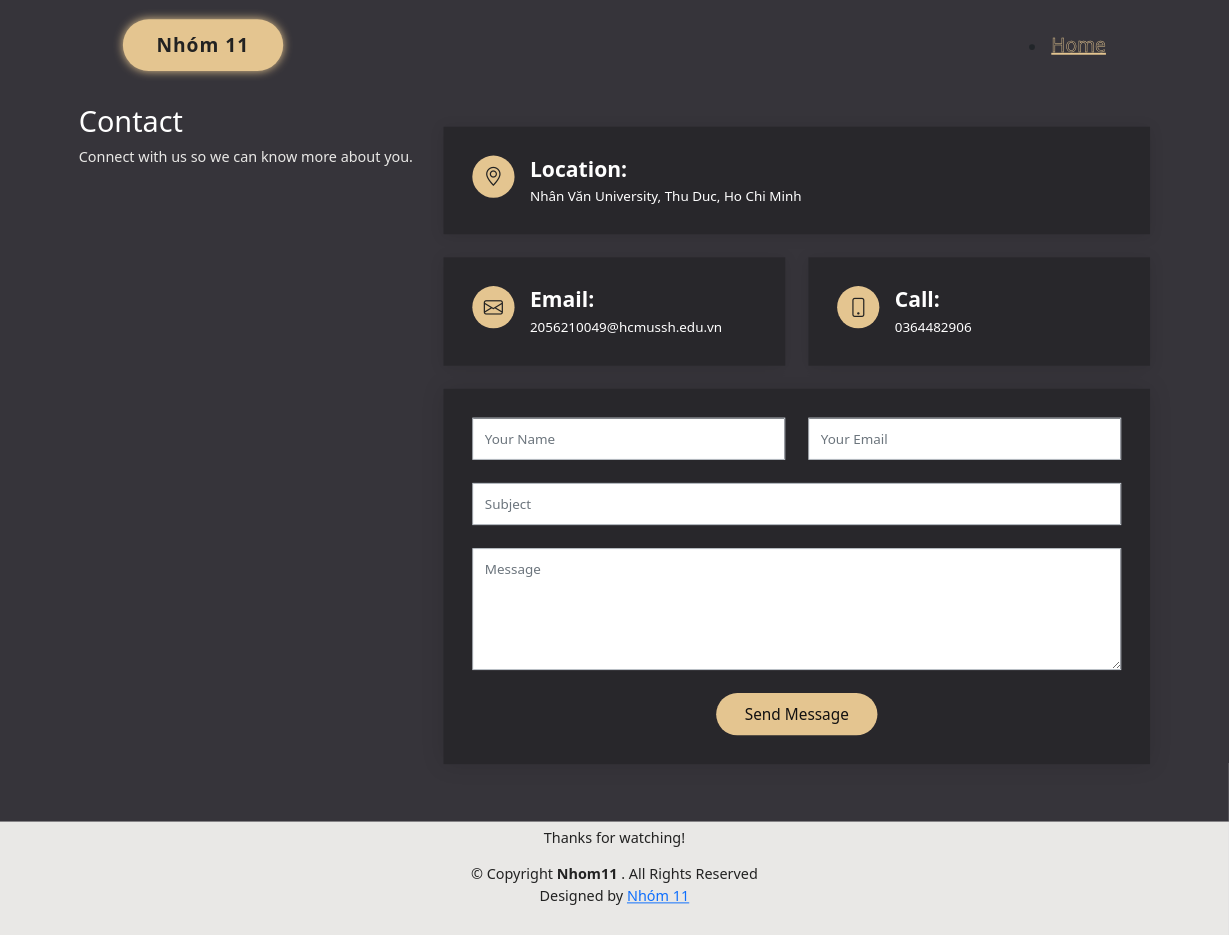
Repository: trungd0ngl3/nhom11-giaotiepnguoimay
Page: contact/contact.html
These files come from the project's save history. The page is drawn as it stood at one moment and after the next save; the edit follows.
The browser window is 1280 px wide. The pictures show the whole page, at 96% of full size.
Some web fonts or font styles are not loaded; a fallback is used.

Above is the page before, as saved 2023-12-28 01:25:47.

### contact/contact.html
<!DOCTYPE html>
<html lang="en">

<head>
    <meta charset="utf-8">
    <meta content="width=device-width, initial-scale=1.0" name="viewport">

    <title>Group 11</title>
    <meta content="" name="description">
    <meta content="" name="keywords">

    <!-- Favicons -->
    <link href="./" rel="icon">
    <link href="apple-touch-icon.png" rel="apple-touch-icon">

    <!-- Google Fonts -->
    <link href="https://fonts.googleapis.com/css?family=Open+Sans:300,300i,400,400i,600,600i,700,700i|Raleway:300,300i,400,400i,500,500i,600,600i,700,700i|Poppins:300,300i,400,400i,500,500i,600,600i,700,700i" rel="stylesheet">

    <!-- Vendor CSS Files -->
    <link href="assets/vendor/aos/aos.css" rel="stylesheet">
    <link href="assets/vendor/bootstrap/css/bootstrap.min.css" rel="stylesheet">
    <link href="assets/vendor/bootstrap-icons/bootstrap-icons.css" rel="stylesheet">
    <link href="assets/vendor/boxicons/css/boxicons.min.css" rel="stylesheet">
    <link href="assets/vendor/glightbox/css/glightbox.min.css" rel="stylesheet">
    <link href="assets/vendor/remixicon/remixicon.css" rel="stylesheet">
    <link href="assets/vendor/swiper/swiper-bundle.min.css" rel="stylesheet">
    <link rel="preconnect" href="https://fonts.googleapis.com">
    <link rel="preconnect" href="https://fonts.gstatic.com" crossorigin>
    <link href="https://fonts.googleapis.com/css2?family=DM+Sans:wght@400;700&family=Forum&display=swap" rel="stylesheet">
    <link href='https://unpkg.com/boxicons@2.1.4/css/boxicons.min.css' rel='stylesheet'>

    <!-- Template Main CSS File -->
    <link href="assets/css/style.css" rel="stylesheet">

    <!-- =======================================================


<body>

    <!-- ======= Header ======= -->
    <header class="header">
        <a href="/contact/contact.html" class="logo">Nhóm 11</a>
        <li><a class="span" href="/index.html">Home</a></li>
      </header>
    <!-- End Header -->
<main>
    <!-- ======= Contact Section ======= -->
    <section id="contact" class="contact">

        <div class="container">
            <br><br>
            <div class="row">
                <div class="col-lg-4" data-aos="fade-right">
                    <div class="ii">
                        <h2>Contact</h2>
                        <p>Connect with us so we can know more about you.</p>
                    </div>
                </div>

                <div class="col-lg-8" data-aos="fade-up" data-aos-delay="100">

                    <div class="info mt-4">
                        <i class="bi bi-geo-alt"></i>
                        <h4>Location:</h4>
                        <p>Nhân Văn University, Thu Duc, Ho Chi Minh</p>
                    </div>
                    <div class="row">
                        <div class="col-lg-6 mt-4">
                            <div class="info">
                                <i class="bi bi-envelope"></i>
                                <h4>Email:</h4>
                                <p>2056210049@hcmussh.edu.vn</p>
                            </div>
                        </div>
                        <div class="col-lg-6">
                            <div class="info w-100 mt-4">
                                <i class="bi bi-phone"></i>
                                <h4>Call:</h4>
                                <p>0364482906</p>
                            </div>
                        </div>
                    </div>

                    <form action="forms/contact.php" method="post" role="form" class="php-email-form mt-4">
                        <div class="row">
                            <div class="col-md-6 form-group">
                                <input type="text" name="name" class="form-control" id="name" placeholder="Your Name" required>
                            </div>
                            <div class="col-md-6 form-group mt-3 mt-md-0">
                                <input type="email" class="form-control" name="email" id="email" placeholder="Your Email" required>
                            </div>
                        </div>
                        <div class="form-group mt-3">
                            <input type="text" class="form-control" name="subject" id="subject" placeholder="Subject" required>
                        </div>
                        <div class="form-group mt-3">
                            <textarea class="form-control" name="message" rows="5" placeholder="Message" required></textarea>
                        </div>
                        <div class="my-3">
                            <div class="loading">Loading</div>
                            <div class="error-message"></div>
                            <div class="sent-message">Your message has been sent. Thank you!</div>
                        </div>
                        <div class="text-center"><button type="submit">Send Message</button></div>
                    </form>
                </div>
            </div>

        </div>

    </section>
    <!-- End Contact Section -->

    </main>
    <!-- End #main -->

    <!-- ======= Footer ======= -->
    <footer class="ftr">
        <div class="container">
                <p>Thanks for watching!</p>

                &copy; Copyright <strong><span>Nhom11
        </span></strong>. All Rights Reserved
            <div class="credits">
                Designed by <a href="https://trello.com/w/khonggianlamvic93013300/members">Nhóm 11</a>
            </div>
        </div>
    </footer>
    <!-- ======= Footer ======= -->

    <!-- End Footer -->

    <!-- Vendor JS Files -->
    <script src="assets/vendor/purecounter/purecounter.js"></script>
    <script src="assets/vendor/aos/aos.js"></script>
    <script src="assets/vendor/bootstrap/js/bootstrap.bundle.min.js"></script>
    <script src="assets/vendor/glightbox/js/glightbox.min.js"></script>
    <script src="assets/vendor/isotope-layout/isotope.pkgd.min.js"></script>
    <script src="assets/vendor/swiper/swiper-bundle.min.js"></script>
    <script src="assets/vendor/php-email-form/validate.js"></script>

    <!-- Template Main JS File -->
    <script src="assets/js/main.js"></script>

</body>

</html>

### contact/assets/css/style.css
.header{
    position: fixed;
    top: 0;
    left: 0;
    width: 100%;
    padding: 20px 10%;
    background: transparent;
    display: flex;
    justify-content: space-between;
    align-items: center;
    z-index: 100;
   }
   .header{
    position: fixed;
    top: 0;
    left: 0;
    width: 100%;
    padding: 20px 10%;
    background: transparent;
    display: flex;
    justify-content: space-between;
    align-items: center;
    z-index: 100;
   }

   .logo{
    font-size: 25px;
    text-decoration: none;
    font-weight: 700;
    padding: 12px 35px;
    background: hsl(38, 61%, 73%);
    border-radius: 80px;
    font-size: 20px;
    color: #222222;
    text-decoration: none;
    font-weight: 600;
    letter-spacing: 1px;
    box-shadow: 0 0 10px hsl(38, 61%, 73%);
    transition: .5s;
   }

   .navabar a{
    font-size: 18px;
    color: #fff;
    text-decoration: none;
    font-weight: 500;
    margin-left: 35px;
    transform: .3s;
   }

   .navabar a:hover{
   }
   .navabar a.active {
    color: #00abf0;
   }
   .span{
    font-size: 20px;
    color: transparent;
    -webkit-text-stroke: .5px hsl(38, 61%, 73%);
   }


   section {
    padding: 60px 0;
    overflow: hidden;
}

.section-bg {
    background-color: hsla(0, 0%, 0%, 0.25);
}

.section-title {
    padding-bottom: 30px;
}




/*--------------------------------------------------------------
# Contact
--------------------------------------------------------------*/
#contact{
    background-color: #36343a;
}
.contact .info {
    padding: 30px;
    width: 100%;
    background:  hsla(0, 0%, 0%, 0.25);
    box-shadow: 0px 2px 15px rgba(0, 0, 0, 0.1);
}

.contact .info i {
    font-size: 20px;
    color: #222222;
    float: left;
    width: 44px;
    height: 44px;
    background:  hsl(38, 61%, 73%);
    display: flex;
    justify-content: center;
    align-items: center;
    border-radius: 50px;
    transition: all 0.3s ease-in-out;
}

.contact .info h4 {
    padding: 0 0 0 60px;
    font-size: 22px;
    font-weight: 600;
    margin-bottom: 5px;
    color: #fff;
}

.contact .info p {
    padding: 0 0 0 60px;
    margin-bottom: 0;
    font-size: 14px;
    color: #fff;
}
.contact .ii h2 {
    font-size: 30px;
    color: #fff;
}

.contact .ii p{
    font-size: 15px;
    color:#e9e8e6;
}
.contact .php-email-form {
    width: 100%;
    padding: 30px;
    background: hsla(0, 0%, 0%, 0.25);
    box-shadow: 0 0 24px 0 rgba(10, 10, 10, 0.12);
}

.contact .php-email-form .form-group {
    padding-bottom: 8px;
}

.contact .php-email-form .error-message {
    display: none;
    color: #fff;
    background: #ed3c0d;
    text-align: left;
    padding: 15px;
    font-weight: 600;
}

.contact .php-email-form .error-message br+br {
    margin-top: 25px;
}

.contact .php-email-form .sent-message {
    display: none;
    color: #fff;
    background: #18d26e;
    text-align: center;
    padding: 15px;
    font-weight: 600;
}

.contact .php-email-form .loading {
    display: none;
    background: #fff;
    text-align: center;
    padding: 15px;
}

.contact .php-email-form .loading:before {
    content: "";
    display: inline-block;
    border-radius: 50%;
    width: 24px;
    height: 24px;
    margin: 0 10px -6px 0;
    border: 3px solid #18d26e;
    border-top-color: #eee;
    -webkit-animation: animate-loading 1s linear infinite;
    animation: animate-loading 1s linear infinite;
}

.contact .php-email-form input,
.contact .php-email-form textarea {
    border-radius: 0;
    box-shadow: none;
    font-size: 14px;
}

.contact .php-email-form input {
    height: 44px;
}

.contact .php-email-form textarea {
    padding: 10px 12px;
}
.contact .php-email-form button[type=submit] {
    background: hsl(38, 61%, 73%);
    border: 0;
    padding: 10px 30px;
    color: #121111;
    transition: 0.4s;
    border-radius: 50px;
}

.contact .php-email-form button[type=submit]:hover {
    background: hsl(38, 61%, 73%);
}

@-webkit-keyframes animate-loading {
    0% {
        transform: rotate(0deg);
    }
    100% {
        transform: rotate(360deg);
    }
}

@keyframes animate-loading {
    0% {
        transform: rotate(0deg);
    }
    100% {
        transform: rotate(360deg);
    }
}

.ftr{
    background: #e9e8e6;
    padding: 30px 20px;
    color: #222222;
    font-size: 18px;
    text-align: center;
    padding-top: 5px;
    font-size: 15px;

}

### contact/assets/js/main.js
/**
* Template Name: Bethany - v4.6.0
* Template URL: https://bootstrapmade.com/bethany-free-onepage-bootstrap-theme/
* Author: BootstrapMade.com
* License: https://bootstrapmade.com/license/
*/
(function() {
  "use strict";

  /**
   * Easy selector helper function
   */
  const select = (el, all = false) => {
    el = el.trim()
    if (all) {
      return [...document.querySelectorAll(el)]
    } else {
      return document.querySelector(el)
    }
  }

  /**
   * Easy event listener function
   */
  const on = (type, el, listener, all = false) => {
    let selectEl = select(el, all)
    if (selectEl) {
      if (all) {
        selectEl.forEach(e => e.addEventListener(type, listener))
      } else {
        selectEl.addEventListener(type, listener)
      }
    }
  }

  /**
   * Easy on scroll event listener
   */
  const onscroll = (el, listener) => {
    el.addEventListener('scroll', listener)
  }

  /**
   * Navbar links active state on scroll
   */
  let navbarlinks = select('#navbar .scrollto', true)
  const navbarlinksActive = () => {
    let position = window.scrollY + 200
    navbarlinks.forEach(navbarlink => {
      if (!navbarlink.hash) return
      let section = select(navbarlink.hash)
      if (!section) return
      if (position >= section.offsetTop && position <= (section.offsetTop + section.offsetHeight)) {
        navbarlink.classList.add('active')
      } else {
        navbarlink.classList.remove('active')
      }
    })
  }
  window.addEventListener('load', navbarlinksActive)
  onscroll(document, navbarlinksActive)
  /**
   * Scrolls to an element with header offset
   */
  const scrollto = (el) => {
    let header = select('#header')
    let offset = header.offsetHeight

    let elementPos = select(el).offsetTop
    window.scrollTo({
      top: elementPos - offset,
      behavior: 'smooth'
    })
  }

  /**
   * Toggle .header-scrolled class to #header when page is scrolled
   */
  let selectHeader = select('#header')
  if (selectHeader) {
    const headerScrolled = () => {
      if (window.scrollY > 100) {
        selectHeader.classList.add('header-scrolled')
      } else {
        selectHeader.classList.remove('header-scrolled')
      }
    }
    window.addEventListener('load', headerScrolled)
    onscroll(document, headerScrolled)
  }

  /**
   * Back to top button
   */
  let backtotop = select('.back-to-top')
  if (backtotop) {
    const toggleBacktotop = () => {
      if (window.scrollY > 100) {
        backtotop.classList.add('active')
      } else {
        backtotop.classList.remove('active')
      }
    }
    window.addEventListener('load', toggleBacktotop)
    onscroll(document, toggleBacktotop)
  }

  /**
   * Mobile nav toggle
   */
  on('click', '.mobile-nav-toggle', function(e) {
    select('#navbar').classList.toggle('navbar-mobile')
    this.classList.toggle('bi-list')
    this.classList.toggle('bi-x')
  })

  /**
   * Mobile nav dropdowns activate
   */
  on('click', '.navbar .dropdown > a', function(e) {
    if (select('#navbar').classList.contains('navbar-mobile')) {
      e.preventDefault()
      this.nextElementSibling.classList.toggle('dropdown-active')
    }
  }, true)

  /**
   * Scrool with ofset on links with a class name .scrollto
   */
  on('click', '.scrollto', function(e) {
    if (select(this.hash)) {
      e.preventDefault()

      let navbar = select('#navbar')
      if (navbar.classList.contains('navbar-mobile')) {
        navbar.classList.remove('navbar-mobile')
        let navbarToggle = select('.mobile-nav-toggle')
        navbarToggle.classList.toggle('bi-list')
        navbarToggle.classList.toggle('bi-x')
      }
      scrollto(this.hash)
    }
  }, true)

  /**
   * Scroll with ofset on page load with hash links in the url
   */
  window.addEventListener('load', () => {
    if (window.location.hash) {
      if (select(window.location.hash)) {
        scrollto(window.location.hash)
      }
    }
  });

  /**
   * Porfolio isotope and filter
   */
  window.addEventListener('load', () => {
    let portfolioContainer = select('.portfolio-container');
    if (portfolioContainer) {
      let portfolioIsotope = new Isotope(portfolioContainer, {
        itemSelector: '.portfolio-item',
        layoutMode: 'fitRows'
      });

      let portfolioFilters = select('#portfolio-flters li', true);

      on('click', '#portfolio-flters li', function(e) {
        e.preventDefault();
        portfolioFilters.forEach(function(el) {
          el.classList.remove('filter-active');
        });
        this.classList.add('filter-active');

        portfolioIsotope.arrange({
          filter: this.getAttribute('data-filter')
        });
        portfolioIsotope.on('arrangeComplete', function() {
          AOS.refresh()
        });
      }, true);
    }

  });

  /**
   * Initiate portfolio lightbox
   */
  const portfolioLightbox = GLightbox({
    selector: '.portfolio-lightbox'
  });

  /**
   * Portfolio details slider
   */
  new Swiper('.portfolio-details-slider', {
    speed: 400,
    loop: true,
    autoplay: {
      delay: 5000,
      disableOnInteraction: false
    },
    pagination: {
      el: '.swiper-pagination',
      type: 'bullets',
      clickable: true
    }
  });

  /**
   * Testimonials slider
   */
  new Swiper('.testimonials-slider', {
    speed: 600,
    loop: true,
    autoplay: {
      delay: 5000,
      disableOnInteraction: false
    },
    slidesPerView: 'auto',
    pagination: {
      el: '.swiper-pagination',
      type: 'bullets',
      clickable: true
    },
    breakpoints: {
      320: {
        slidesPerView: 1,
        spaceBetween: 20
      },

      1200: {
        slidesPerView: 2,
        spaceBetween: 20
      }
    }
  });

  /**
   * Animation on scroll
   */
  window.addEventListener('load', () => {
    AOS.init({
      duration: 1000,
      easing: 'ease-in-out',
      once: true,
      mirror: false
    })
  });

})()

Loaded but not shown: contact/assets/vendor/aos/aos.css (library); contact/assets/vendor/bootstrap/css/bootstrap.min.css (library); contact/assets/vendor/bootstrap-icons/bootstrap-icons.css (library); contact/assets/vendor/boxicons/css/boxicons.min.css (library); contact/assets/vendor/glightbox/css/glightbox.min.css (library); contact/assets/vendor/remixicon/remixicon.css (library); contact/assets/vendor/swiper/swiper-bundle.min.css (library); contact/assets/vendor/aos/aos.js (library); contact/assets/vendor/bootstrap/js/bootstrap.bundle.min.js (library); contact/assets/vendor/glightbox/js/glightbox.min.js (library); contact/assets/vendor/swiper/swiper-bundle.min.js (library)

After the next save:
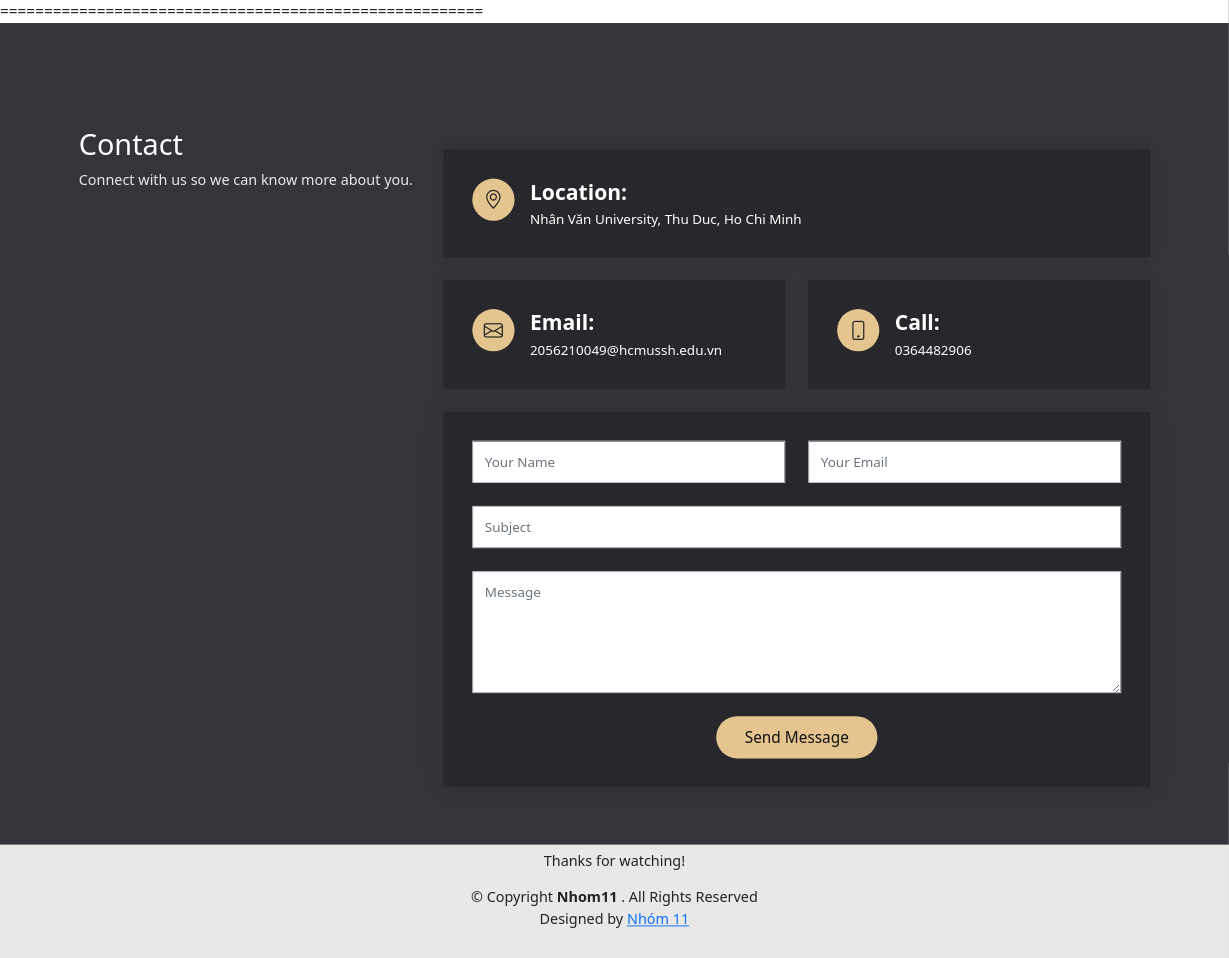
Saved 31 s later.
--- a/contact/contact.html
+++ b/contact/contact.html
@@ -32,12 +32,12 @@
     <!-- Template Main CSS File -->
     <link href="assets/css/style.css" rel="stylesheet">
 
-    <!-- =======================================================
+    =======================================================
 
 
 <body>
 
-    <!-- ======= Header ======= -->
+    <!-- ======= Header =======
     <header class="header">
         <a href="/contact/contact.html" class="logo">Nhóm 11</a>
         <li><a class="span" href="/index.html">Home</a></li>

After the save that followed:
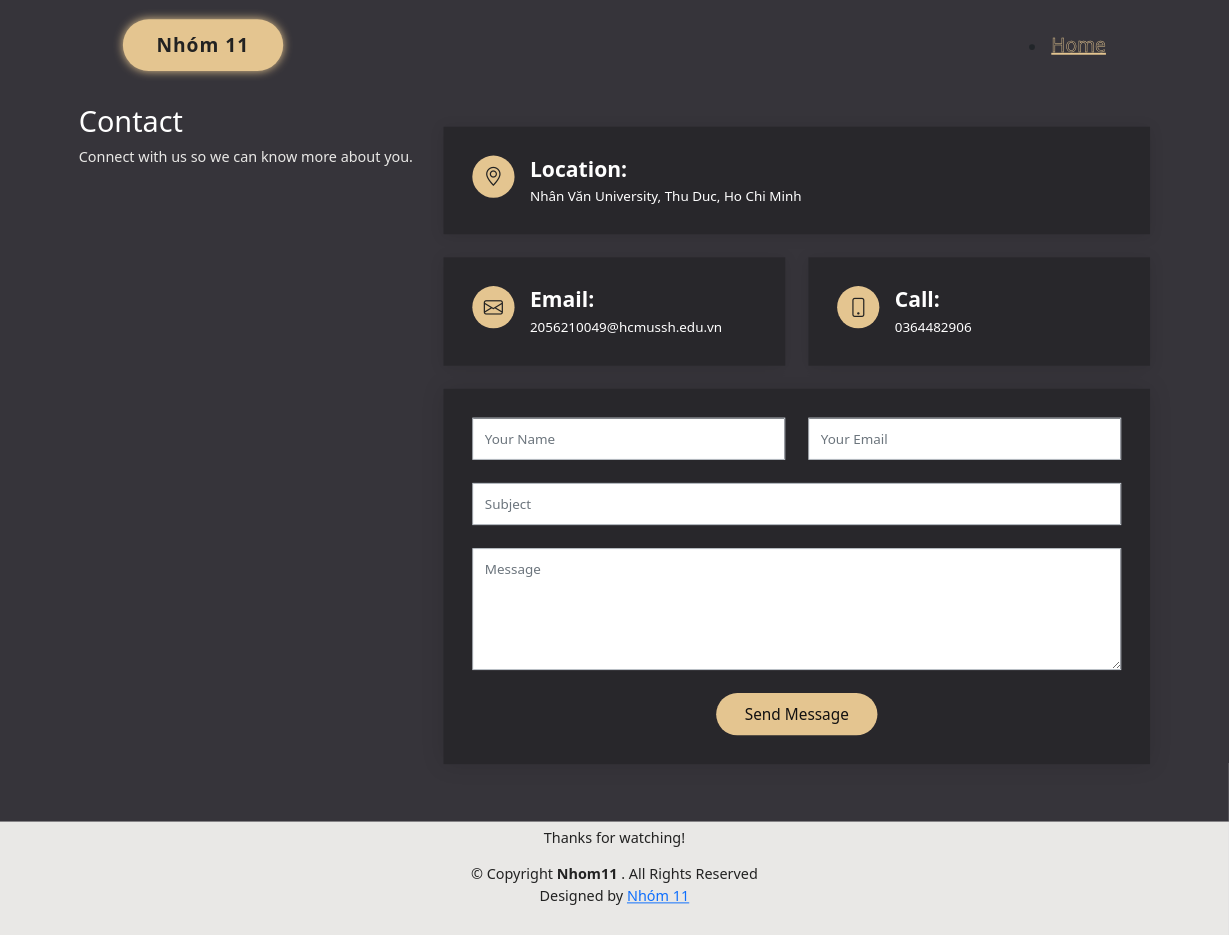
Saved 4 s later.
--- a/contact/contact.html
+++ b/contact/contact.html
@@ -32,12 +32,12 @@
     <!-- Template Main CSS File -->
     <link href="assets/css/style.css" rel="stylesheet">
 
-    =======================================================
+    <!-- =======================================================
 
 
 <body>
 
-    <!-- ======= Header =======
+    <!-- ======= Header ======= -->
     <header class="header">
         <a href="/contact/contact.html" class="logo">Nhóm 11</a>
         <li><a class="span" href="/index.html">Home</a></li>
